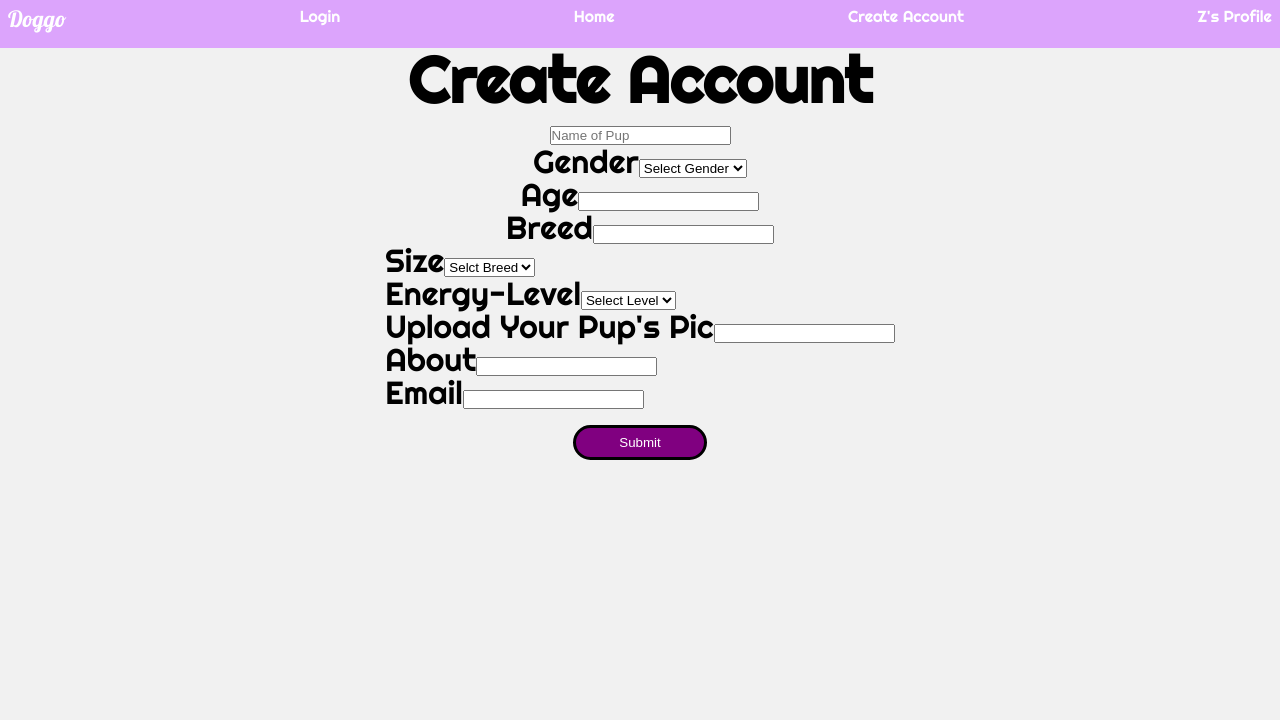
Repository: rh1456/capstone
Page: /2
The author's editor kept a copy of each file at every save. The page is drawn from the files as they stood at one save, then again after a run of saves.
The browser window is 1280 px wide. The pictures show the whole page.
Some web libraries are served in a nearby version. The project was rebuilt for these pictures with package versions that can differ from the ones it lists, and the page was loaded fresh each time. Also part of the build but not shown: src/pages/MainPage.jsx, src/pages/DoggoLandingPage.jsx, src/pages/DogProfile.jsx, src/pages/PlayDateForm.jsx, src/pages/ProfileSettings.jsx.

Above is the page before, as saved 2020-01-11 19:09:59.

### public/index.html
<!DOCTYPE html>
<html lang="en">
  <head>
    <meta charset="utf-8" />
    <link rel="shortcut icon" href="%PUBLIC_URL%/favicon.ico" />
    <meta
      name="viewport"
      content="width=device-width, initial-scale=1, shrink-to-fit=no"
    />
    <meta name="theme-color" content="#000000" />
    <!--
      manifest.json provides metadata used when your web app is added to the
      homescreen on Android. See https://developers.google.com/web/fundamentals/web-app-manifest/
    -->
    <link rel="manifest" href="%PUBLIC_URL%/manifest.json" />
    <!--
      Notice the use of %PUBLIC_URL% in the tags above.
      It will be replaced with the URL of the `public` folder during the build.
      Only files inside the `public` folder can be referenced from the HTML.

      Unlike "/favicon.ico" or "favicon.ico", "%PUBLIC_URL%/favicon.ico" will
      work correctly both with client-side routing and a non-root public URL.
      Learn how to configure a non-root public URL by running `npm run build`.
    -->
    <link
      href="https://fonts.googleapis.com/css?family=Pacifico|Permanent+Marker|Righteous|Roboto&display=swap"
      rel="stylesheet"
    />
    <link
      href="https://fonts.googleapis.com/css?family=Lobster&display=swap"
      rel="stylesheet"
    />
    <script
      src="https://kit.fontawesome.com/d7373701d1.js"
      crossorigin="anonymous"
    ></script>
    <title>Capstone</title>
  </head>
  <body>
    <noscript>
      You need to enable JavaScript to run this app.
    </noscript>
    <div id="root"></div>
    <!--
      This HTML file is a template.
      If you open it directly in the browser, you will see an empty page.

      You can add webfonts, meta tags, or analytics to this file.
      The build step will place the bundled scripts into the <body> tag.

      To begin the development, run `npm start` or `yarn start`.
      To create a production bundle, use `npm run build` or `yarn build`.
    -->
  </body>
</html>

### src/index.js
import React from 'react'
import ReactDOM from 'react-dom'
import './index.css'
// import './styles.scss'
import App from './App'

ReactDOM.render(<App />, document.getElementById('root'))

### src/index.css
@media (min-width: 320px) and (max-width: 480px) {
  :root {
    font: 16px / 1 sans-serif;
  }

  html {
    height: 100%;
  }
  body {
    margin: 0;
    min-height: 100%;
    background-color: #f1f1f1;
    font-family: 'Righteous', cursive;
  }
  .nav-bar-ul {
    display: flex;
    flex-direction: row;
    justify-content: space-between;
    margin: 0;
    height: 3rem;
    background-color: #dca4fc;
    padding: 0;
  }
  .main-nav-li {
    list-style: none;
    padding: 0.5rem;
    color: white;
  }
  .nav-logo {
    font-size: 1.4rem;
    font-family: 'Lobster', cursive;
  }
  .Nav-link {
    color: white;
    text-decoration: none;
  }
  /* Dog profile Stylings */
  .dog-profile-image {
    display: flex;
    justify-content: center;
    /* border-bottom: solid lightgrey; */
  }
  .before-div {
    border: solid black;
    display: block;
    height: 18px;
    border-radius: 50% 50% 0 0;

    bottom: calc(100% - 10px);
    right: -5px;
    left: -5px;
    background-color: blue;
  }
  .profile-image {
    height: 12rem;
    width: 8rem;
    margin: 0;
    border-radius: 8px;
    margin: 0.7rem;
  }
  .profile-about {
    display: flex;
    flex-direction: column;
    height: 5rem;
    font-size: 0.7rem;
  }
  .profile-about h1 {
    align-self: center;
  }
  .profile-about span {
    align-self: center;
    padding: 0.1rem;
  }
  .in-between {
    border-top: solid lightgrey;
    border-bottom: solid lightgrey;
    height: 3rem;
    display: flex;
    justify-content: center;
  }
  .main-about {
    border-bottom: solid lightgrey;
  }
  .profile-logo {
    margin: 0.5rem;
    height: 2rem;
    width: auto;
  }
  .meet {
    display: flex;
    flex-direction: column;
  }
  .meet h1 {
    align-self: center;
  }
  .meet p {
    padding: 1rem;
    font-size: 0.9rem;
    align-self: center;
  }
  .small-pro-pic {
    align-self: center;
    height: 4rem;
    width: auto;
    border: 2px solid black;
    border-radius: 50%;
    margin-top: 0.8rem;
  }
  .match-button {
    align-self: center;
    background-color: purple;
    height: 1.8rem;
    width: 8rem;
    border-radius: 25px;
    border: 3px solid black;
    color: white;
  }
  .playdate-link {
    color: white;
    text-decoration: none;
  }

  /* Dog Landing Stylings */
  .doggo-landing-body {
    margin: 0;
    min-height: 100%;
    background-color: #f1f1f1;
    font-family: 'Righteous', cursive;
  }
  .landing-page-logo {
    display: flex;
    justify-content: center;
    align-content: center;
    flex-direction: column;
  }
  .doggo-logo {
    height: 180px;
    width: 238px;
    align-self: center;
  }
  .doggo-text-section {
    padding-top: 2rem;
    padding-bottom: 2rem;
  }
  .doggo-text {
    display: flex;
    justify-content: center;
    align-content: center;
    font-size: 2rem;
    font-family: 'Lobster', cursive;
  }

  .landing-button {
    display: flex;
    justify-content: center;
    align-content: center;
  }
  .create-account {
    background-color: purple;
    height: 3rem;
    width: 15rem;
    border-radius: 25px;
    border: 3px solid black;
    color: white;
    font-family: 'Roboto', sans-serif;
  }
  .create-account-link {
    color: white;
    text-decoration: none;
    font-style: bold;
  }
  .existing-users {
    display: flex;
    padding-top: 3rem;
    justify-content: center;
    align-content: center;
  }
  /* Create Account Stylings */

  /* Newsfeed Stylings */
  .h1-container {
    display: flex;
    justify-content: center;
    font-size: 0.8rem;
    color: purple;
    height: 1rem;
    font-family: 'Lobster', cursive;
  }
  .newsfeed-header {
    display: flex;
    flex-direction: row;
    flex-wrap: nowrap;
    align-items: stretch;
    overflow-x: auto;
    overflow-y: hidden;
    border-bottom: solid lightgrey;
    height: 8rem;
  }
  .friend-card {
    border: solid black;
    align-self: center;
    margin: 1rem 3rem;
    padding-left: 0.8rem;
    padding-right: 0.8rem;
    border-radius: 0.5rem;
    flex-basis: 33.33%;
    flex-grow: 0;
    flex-shrink: 0;
    height: 4.7rem;
    /* width: 1rem; */
  }

  .welcome-user-message {
    display: flex;
    justify-content: center;
    font-size: 0.7rem;
    border-bottom: solid lightgrey;
  }
  .newsfeed-parent {
    display: flex;
    /* align-items: center; */
    flex-direction: column;
    margin: 1rem;
  }
  .newsfeed {
    /* align-items: stretch; */
    /* display: flex;
    flex-direction: column;
    flex-wrap: nowrap; */
    /* display: flex;
    justify-content: center; */
    width: 300px;
    height: 500px;
    overflow-y: scroll;
    overflow-x: hidden;
  }
  .card {
    max-width: 33.33%;
    padding: 0.75rem;
    margin-bottom: 2rem;
    border: 0;
    /* flex-basis: 33.33%;
    flex-grow: 0;
    flex-shrink: 0; */
  }
  .newsfeed-nav-ul {
    display: flex;
    flex-direction: row;
    font-size: smaller;
    font-style: italic;
    margin: 0rem;
    height: 2rem;
  }
  .newsfeed-nav-li {
    list-style: none;
    margin: 0;
    padding: 1rem;
  }
  .settings-link {
    text-decoration: none;
    color: black;
  }
  .mapbox {
    align-self: center;
    border: solid black;
    height: 6rem;
    width: 6rem;
  }
  /* Playdate form stylings  */

  .playdate-header {
    display: flex;
    justify-content: center;
    margin: 1.5rem;
  }
  .playdate-main {
    display: flex;
    flex-direction: column;
  }
  .playdate-input {
    align-self: center;
    margin: 0.5rem;
  }
  .form-date-submit-button {
    margin-top: 1rem;
    align-self: center;
    background-color: purple;
    height: 1.8rem;
    width: 8rem;
    border-radius: 25px;
    border: 3px solid black;
    color: white;
  }
  /* //Profile setting styling// */
}

/* End of mobile query  */

:root {
  font: 16px / 1 sans-serif;
}

html {
  height: 100%;
}
body {
  margin: 0;
  min-height: 100%;
  background-color: #f1f1f1;
  font-family: 'Righteous', cursive;
}
.nav-bar-ul {
  display: flex;
  flex-direction: row;
  justify-content: space-between;
  margin: 0;
  height: 3rem;
  background-color: #dca4fc;
  padding: 0;
}
.main-nav-li {
  list-style: none;
  padding: 0.5rem;
  color: white;
}
.nav-logo {
  padding: 0.5rem;
  color: white;
  font-size: 1.4rem;
  font-family: 'Lobster', cursive;
}
.Nav-link {
  color: white;
  text-decoration: none;
}
/* Dog profile Stylings */
.dog-profile-image {
  display: flex;
  justify-content: center;
  /* border-bottom: solid lightgrey; */
}
.before-div {
  border: solid black;
  display: block;
  height: 18px;
  border-radius: 50% 50% 0 0;

  bottom: calc(100% - 10px);
  right: -5px;
  left: -5px;
  background-color: blue;
}
.profile-image {
  height: 12rem;
  width: 8rem;
  margin: 0;
  border-radius: 8px;
  margin: 0.7rem;
}
.profile-about {
  display: flex;
  flex-direction: column;
  height: 5rem;
  font-size: 0.7rem;
}
.profile-about h1 {
  align-self: center;
}
.profile-about span {
  align-self: center;
  padding: 0.1rem;
}
.in-between {
  border-top: solid lightgrey;
  border-bottom: solid lightgrey;
  height: 3rem;
  display: flex;
  justify-content: center;
}
.main-about {
  border-bottom: solid lightgrey;
}
.profile-logo {
  margin: 0.5rem;
  height: 2rem;
  width: auto;
}
.meet {
  display: flex;
  flex-direction: column;
}
.meet h1 {
  align-self: center;
}
.meet p {
  padding: 1rem;
  font-size: 0.9rem;
  align-self: center;
}
.small-pro-pic {
  align-self: center;
  height: 4rem;
  width: auto;
  border: 2px solid black;
  border-radius: 50%;
  margin-top: 0.8rem;
}
.match-button {
  align-self: center;
  background-color: purple;
  height: 1.8rem;
  width: 8rem;
  border-radius: 25px;
  border: 3px solid black;
  color: white;
}

/* Dog Landing Stylings */
.doggo-landing-body {
  margin: 0;
  min-height: 100%;
  background-color: #f1f1f1;
  font-family: 'Righteous', cursive;
}
.landing-page-logo {
  display: flex;
  justify-content: center;
  align-content: center;
  flex-direction: column;
}
.doggo-logo {
  height: 180px;
  width: 238px;
  align-self: center;
}
.doggo-text-section {
  padding-top: 2rem;
  padding-bottom: 2rem;
}
.doggo-text {
  display: flex;
  justify-content: center;
  align-content: center;
  font-size: 2rem;
}

.landing-button {
  display: flex;
  justify-content: center;
  align-content: center;
}
.create-account {
  background-color: purple;
  height: 3rem;
  width: 15rem;
  border-radius: 25px;
  border: 3px solid black;
  color: white;
  font-family: 'Roboto', sans-serif;
}
.existing-users {
  display: flex;
  padding-top: 3rem;
  justify-content: center;
  align-content: center;
}
/* Create Account Stylings */
.create-account-div {
  display: flex;
  flex-direction: column;
  font-size: 2rem;
}
.submit-account {
  margin-top: 1rem;
  align-self: center;
  background-color: purple;
  height: 1.8rem;
  width: 8rem;
  border-radius: 25px;
  border: 3px solid black;
  color: white;
}

/* Newsfeed Stylings */
.h1-container {
  display: flex;
  justify-content: center;
  font-size: 0.8rem;
  color: purple;
  height: 1rem;
  font-family: 'Lobster', cursive;
}
.newsfeed-header {
  display: flex;
  flex-direction: row;
  flex-wrap: nowrap;
  align-items: stretch;
  overflow-x: auto;
  overflow-y: hidden;
  border-bottom: solid lightgrey;
  height: 8rem;
}
.friend-card {
  border: solid black;
  align-self: center;
  margin: 1rem 3rem;
  padding-left: 0.8rem;
  padding-right: 0.8rem;
  border-radius: 0.5rem;
  flex-basis: 33.33%;
  flex-grow: 0;
  flex-shrink: 0;
  height: 4.7rem;
  width: 1rem;
}
/* .feed-head-left-button,
  .feed-head-right-button {
    display: flex;
    justify-content: center;
    align-content: center;
    color: white;
    font-size: 2rem;
    width: 2.5rem;
    margin: 4rem 0rem;
    background-color: purple;
    border: none;
  }
  .feed-head-left-button {
    border-radius: 0rem 1rem 1rem 0rem;
  }
  .feed-head-right-button {
    border-radius: 1rem 0rem 0rem 1rem;
  }  */
.welcome-user-message {
  display: flex;
  justify-content: center;
  font-size: 0.7rem;
  border-bottom: solid lightgrey;
}
.newsfeed-parent {
  display: flex;
  justify-content: center;
  align-content: center;
}
.newsfeed {
  align-items: stretch;
  display: flex;
  flex-direction: column;
  flex-wrap: nowrap;
  display: flex;
  justify-content: center;
  width: 120px;
  height: 400px;
  overflow-y: scroll;
  overflow-x: hidden;
}
.card {
  max-width: 33.33%;
  padding: 0.75rem;
  margin-bottom: 2rem;
  border: 0;
  /* flex-basis: 33.33%;
    flex-grow: 0;
    flex-shrink: 0; */
}

### src/App.jsx
import React from 'react'
import { BrowserRouter as Router, Link, Route, Switch } from 'react-router-dom'
import MainPage from './pages/MainPage'
import DoggoLandingPage from './pages/DoggoLandingPage'
import CreateAccount from './pages/CreateAccount'
import DogProfile from './pages/DogProfile'
import PlayDateForm from './pages/PlayDateForm'
import ProfileSettings from './pages/ProfileSettings'
const App = () => {
  return (
    <Router>
      <header>
        <nav>
          <ul className="nav-bar-ul">
            <li className="nav-logo">Doggo</li>
            <li className="main-nav-li">
              <Link className="Nav-link" to="/">
                Login
              </Link>
            </li>
            <li className="main-nav-li">
              <Link className="Nav-link" to="/1">
                Home
              </Link>
            </li>
            <li className="main-nav-li">
              <Link className="Nav-link" to="/2">
                Create Account
              </Link>
            </li>
            <li className="main-nav-li">
              <Link className="Nav-link" to="/3">
                Z's Profile
              </Link>
            </li>
          </ul>
        </nav>
      </header>
      <Switch>
        <Route exact path="/" component={DoggoLandingPage}></Route>
        <Route exact path="/1" component={MainPage}></Route>
        <Route exact path="/2" component={CreateAccount}></Route>
        <Route path="/3" component={DogProfile}></Route>
        <Route path="/4" component={PlayDateForm}></Route>
        <Route path="/5" component={ProfileSettings}></Route>
      </Switch>
    </Router>
  )
}

export default App

### src/pages/CreateAccount.jsx
import React, { useEffect, useState } from 'react'
import './createAccount.css'

const CreateAccount = () => {
  const [name, setName] = useState('')
  const [gender, setGender] = useState('')
  const [age, setAge] = useState('')
  const [breed, setBreed] = useState('')
  const [size, setSize] = useState('')
  const [about, setAbout] = useState('')
  const [email, setEmail] = useState('')
  return (
    <div className="create-account-div">
      <h1>Create Account</h1>
      <section className="create-account-details">
        <label className="create-label" htmlFor="dogs-name"></label>
        <input type="text" placeholder="Name of Pup"></input>
      </section>
      <section className="create-account-details">
        <label className="create-label" htmlFor="gender">
          Gender
        </label>
        <select type="text" placeholder="Gender">
          <option value="">Select Gender</option>
          <option value="male">Male</option>
          <option value="female">Female</option>
        </select>
      </section>
      <section className="create-account-details">
        <label className="create-label" htmlFor="Age">
          Age
        </label>
        <input input="text"></input>
      </section>
      <section className="create-account-details">
        <label className="create-label" htmlFor="Breed">
          Breed
        </label>
        <input input="text"></input>
      </section>
      <section className="create-account-details">
        <label className="create-label" htmlFor="size">
          Size
        </label>
        <select type="text">
          <option value="">Selct Breed</option>
          <option value="small">Small</option>
        </select>
        <section className="create-account-details">
          <label className="create-label" htmlFor="energy">
            Energy-Level
          </label>
          <select type="text">
            <option value="">Select Level</option>
            <option value="hyper">Hyper</option>
            <option value="tame">Tame</option>
          </select>
          <section className="create-account-details">
            <label className="create-label" htmlFor="img">
              Upload Your Pup's Pic
            </label>
            <input type="url"></input>
          </section>
          <section className="create-account-details">
            <label className="create-label" htmlFor="About">
              About
            </label>
            <input className="about-me-text" type="text"></input>
          </section>
          <section className="create-account-details"></section>
          <label className="create-label" htmlFor="username">
            Email
          </label>
          <input type="text"></input>
        </section>
      </section>
      <button className="submit-account">Submit</button>
    </div>
  )
}

export default CreateAccount

### src/pages/createAccount.css
*,
*::after,
*::before {
  margin: 0;
  padding: 0;
  box-sizing: inherit;
  font-size: 62, 5%;
}

.create-account-div {
  /* height: 100vh;
  width: 100%; */
  /* background: #0f2027; /* fallback for old browsers */
  /* background: linear-gradient(to right, #2c5364, #203a43, #0f2027); */
  display: flex;
  justify-content: center;
  align-items: center;
  /* height: 100vh; */
  color: black;
}

.submit-account {
  margin-top: 1rem;
  align-self: center;
  background-color: purple;
  height: 1.8rem;
  width: 8rem;
  border-radius: 25px;
  border: 3px solid black;
  color: white;
}
.existing-users-link {
  font-style: italic;
  text-decoration: none;
}

### src/pages/profileSettings.css
*,
*::after,
*::before {
  margin: 0;
  padding: 0;
  box-sizing: inherit;
  font-size: 62, 5%;
}
.update-account-details {
  display: flex;
  margin: 1rem;
  justify-content: center;
  align-items: center;
  /* height: 100vh; */
  color: black;
}

.update-label {
  font-size: 1.2rem;
  margin-left: 2rem;
  margin-top: 0.7rem;

  display: block;
  transition: all 0.3s;
  transform: translateY(0rem);
}
.basic-slide {
  color: #333;
  font-size: 1.2rem;
  margin: 0 auto;
  padding: 1rem;
  border-radius: 0.2rem;
  background-color: rgb(255, 255, 255);
  border: none;
  width: 90%;
  display: block;
  border-bottom: 0.3rem solid transparent;
  transition: all 0.3s;
}
.basic-slide:placeholder-shown + .update-label {
  opacity: 3;
  visibility: hidden;
  -webkit-transform: translateY(-4rem);
  transform: translateY(-4rem);
}
.setting-header {
  display: flex;
  justify-content: center;
  align-items: center;
  flex-direction: column;
}
.settings-p {
  font-size: 2rem;
  margin: 2rem;
}
span {
  margin: 1rem;
}

After the next 2 saves:
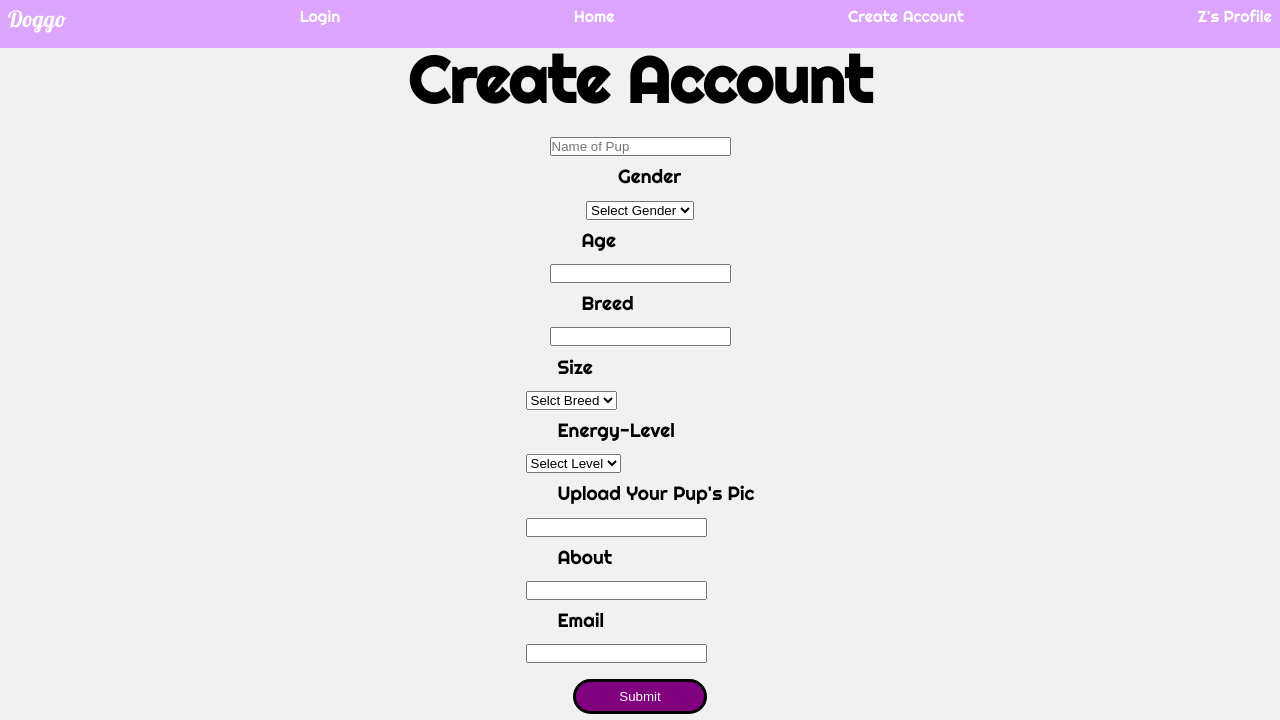
The 2 saves are shown as one change because they came seconds apart.
The last was saved 49 s later.
--- a/src/pages/createAccount.css
+++ b/src/pages/createAccount.css
@@ -18,6 +18,14 @@
   /* height: 100vh; */
   color: black;
 }
+.create-label {
+  font-size: 1.2rem;
+  margin-left: 2rem;
+  margin-top: 0.7rem;
+  display: block;
+  transition: all 0.3s;
+  transform: translateY(0rem);
+}
 
 .submit-account {
   margin-top: 1rem;
